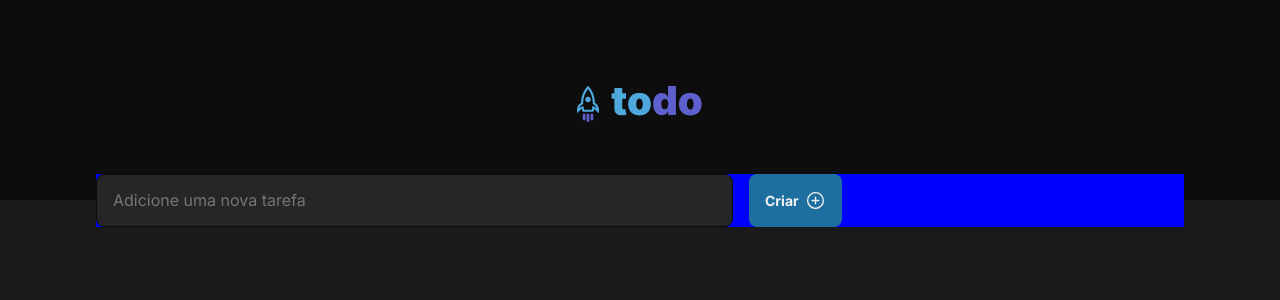
Repository: viniimartins/ToDoListROCKETSEAT
Page: /
The author's editor kept a copy of each file at every save. The page is drawn from the files as they stood at one save, then again after the next save.
The browser window is 1280 px wide. The pictures show the whole page.
The project was rebuilt for these pictures with package versions that can differ from the ones it lists, and the page was loaded fresh each time. Also part of the build but not shown: vite.config.ts.

Above is the page before, as saved 2023-05-05 15:15:02.

### index.html
<!DOCTYPE html>
<html lang="en">
  <head>
    <meta charset="UTF-8" />

    <link rel="preconnect" href="https://fonts.googleapis.com" />
    <link rel="preconnect" href="https://fonts.gstatic.com" crossorigin />

    <link rel="icon" type="image/svg+xml" href="/vite.svg" />
    <meta name="viewport" content="width=device-width, initial-scale=1.0" />
    <title>Vite + React + TS</title>

    <link
      href="https://fonts.googleapis.com/css2?family=Inter:wght@400;700&display=swap"
      rel="stylesheet"
    />
  </head>
  <body>
    <div id="root"></div>
    <script type="module" src="/src/main.tsx"></script>
  </body>
</html>

### src/App.tsx
import { Header } from "./Components/Header";
import { AddTask } from "./Components/AddTask";

import styles from "./App.module.css";
import "./global.css";

export function App() {
  return (
    <>
      <div>
        <Header />

        <main className={styles.wrapper}>
          <AddTask />
        </main>
      </div>
    </>
  );
}

### src/Components/Header.tsx
import styles from "./Header.module.css";
import Logo from "../assets/Logo.svg";

export function Header() {
  return (
    <>
      <header className={styles.header}>
        <img src={Logo} />
      </header>
    </>
  );
}

### src/Components/AddTask.tsx
import { PlusCircle } from "phosphor-react";
import styles from "./AddTask.module.css";

export function AddTask() {
  return (
    <div className={styles.inputs}>
      <input
        className={styles.inputText}
        type="text"
        placeholder="Adicione uma nova tarefa"
      />
      <button className={styles.Button}>
        <span className={styles.ButtonText}>Criar</span>
        <PlusCircle size={21} />
      </button>
    </div>
  );
}

### src/App.module.css
.wrapper {
  max-width: 70rem;
  margin: -1.656rem auto;
  padding: 0 1rem;

  display: grid;
  grid-template-columns: 1fr;
  gap: 2rem;
  /* align-items: flex-start; */
}

### src/global.css
:root {
  --white: #fff;

  --gray-100: #f2f2f2;
  --gray-200: #d9d9d9;
  --gray-300: #808080;
  --gray-400: #333333;
  --gray-500: #262626;
  --gray-600: #1a1a1a;
  --gray-700: #0d0d0d;

  --purble: #8284fa;
  --purbleDark: #5e60ce;

  --blue: #4ea8de;
  --blueDark: #1E6F9F;

  --darger: #e25858;
}

:focus {
  outline: transparent;
  box-shadow: 0 0 0 2px var(--purbleDark);
}

* {
  margin: 0;
  padding: 0;
  box-sizing: border-box;
}

body {
  background: var(--gray-600);
  color: var(--gray-100);
  -webkit-font-smoothing: antialiased;
}

body,
input,
textarea,
button {
  font-family: "Inter", sans-serif;
  font-weight: 400;
  font-size: 1rem;
}

### src/Components/Header.module.css
.header {
  height: 12.5rem;
  background-color: var(--gray-700);
  display: flex;
  justify-content: center;
  align-items: center;
}

.header img {
  width: 7.875rem;
  height: 3rem;
}

### src/Components/AddTask.module.css
.inputs {
  display: flex;
  gap: 1rem;
  background-color: blue;
}

.inputText {
  width: 39.813rem;
  height: 3.313rem;

  border-radius: 0.5rem;
  padding: 1rem;
  border: 1px solid var(--gray-700);

  font-weight: 400;
  font-size: 1rem;
  background-color: var(--gray-500);
}

.Button {
  display: flex;
  align-items: center;

  background-color: var(--blueDark);
  color: var(--gray-100);

  border: none;
  border-radius: 0.5rem;
  padding: 1rem;
  cursor: pointer;
  gap: 0.4rem;

  font-weight: 700;
  font-size: 0.875rem;
}

.Button:hover {
  background: var(--blue);
}

Loaded but not shown: src/main.tsx (common file)

After the next save:
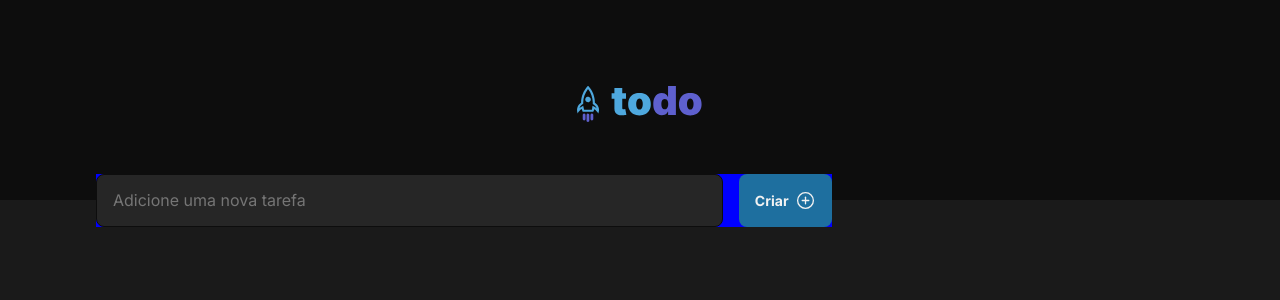
Saved 51 s later.
--- a/src/Components/AddTask.module.css
+++ b/src/Components/AddTask.module.css
@@ -1,4 +1,6 @@
 .inputs {
+  width: 736px;
+
   display: flex;
   gap: 1rem;
   background-color: blue;

After the 5 saves that followed:
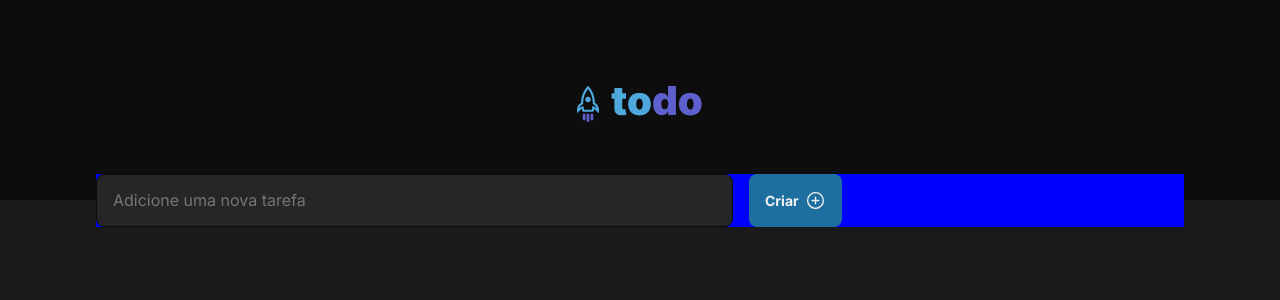
The 5 saves are shown as one change because 1 left the picture as it was and some came seconds apart.
The last was saved 16 s later.
--- a/src/Components/AddTask.module.css
+++ b/src/Components/AddTask.module.css
@@ -1,6 +1,4 @@
 .inputs {
-  width: 736px;
-
   display: flex;
   gap: 1rem;
   background-color: blue;
